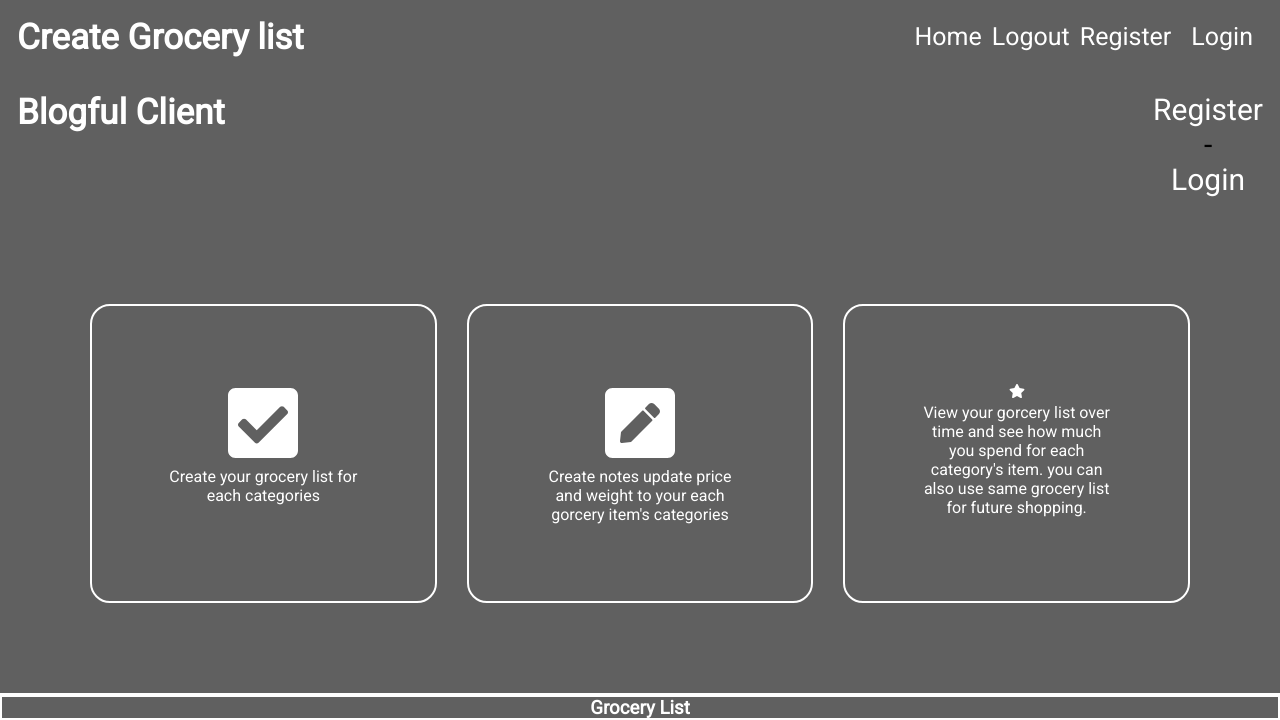
Repository: mhyder1/grocery-client
Page: /
The author's editor kept a copy of each file at every save. The page is drawn from the files as they stood at one save, then again after the next save.
The browser window is 1280 px wide. The pictures show the whole page.
The project was rebuilt for these pictures with package versions that can differ from the ones it lists, and the page was loaded fresh each time. Also part of the build but not shown: src/Components/Errorpage/ErrorPage.js, src/services/AuthAPIService.js, src/Components/Login/Login.js, src/Components/BackButton/BackButton.js, src/Components/ListForm/ListForm.js, src/Components/CategoriesPage/CategoriesPage.js, src/Components/EditList/EditList.js, src/Components/Register/Register.css and 3 more.

Above is the page before, as saved 2020-12-30 10:55:21.

After the next save:
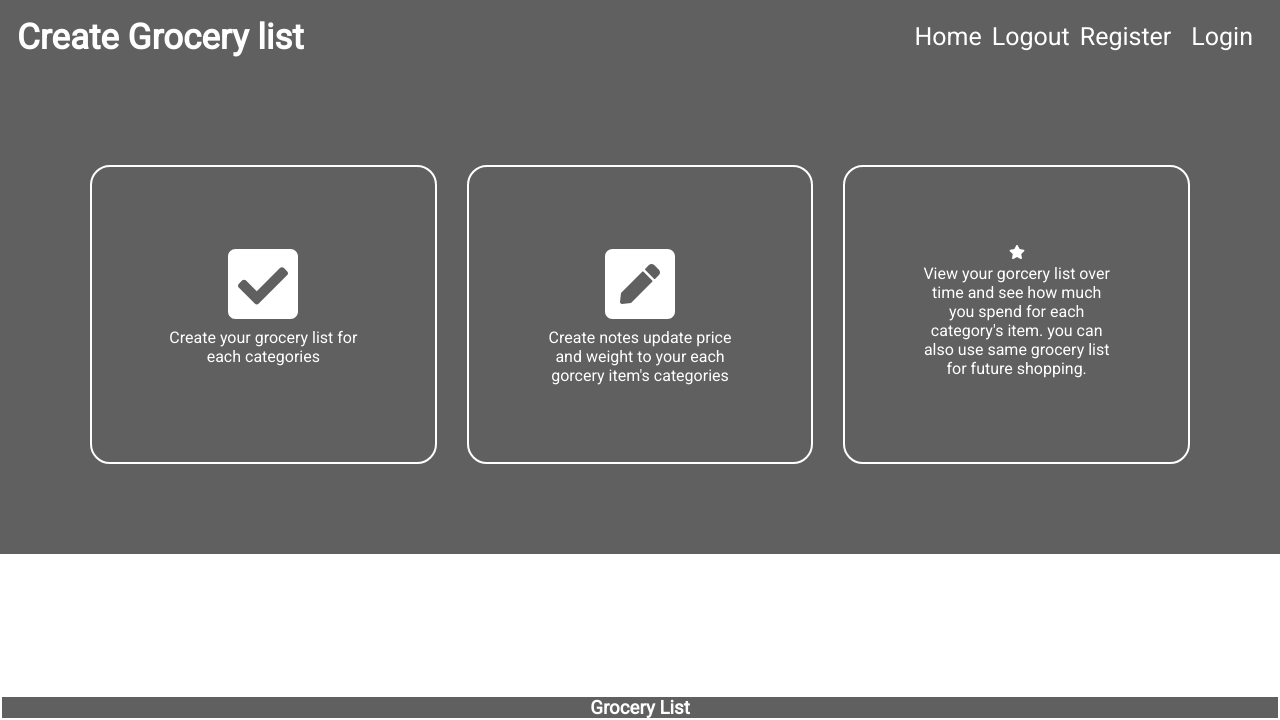
Saved 13 s later.
--- a/src/App.js
+++ b/src/App.js
@@ -144,7 +144,7 @@ class App extends React.Component {
           <div className="App">
             <Route path="/" component={Navbar} />
 
-            <Route exact path="/" component={Header} />
+            {/* <Route exact path="/" component={Header} /> */}
             <Route exact path="/login" component={Login} />
 
             <Route exact
